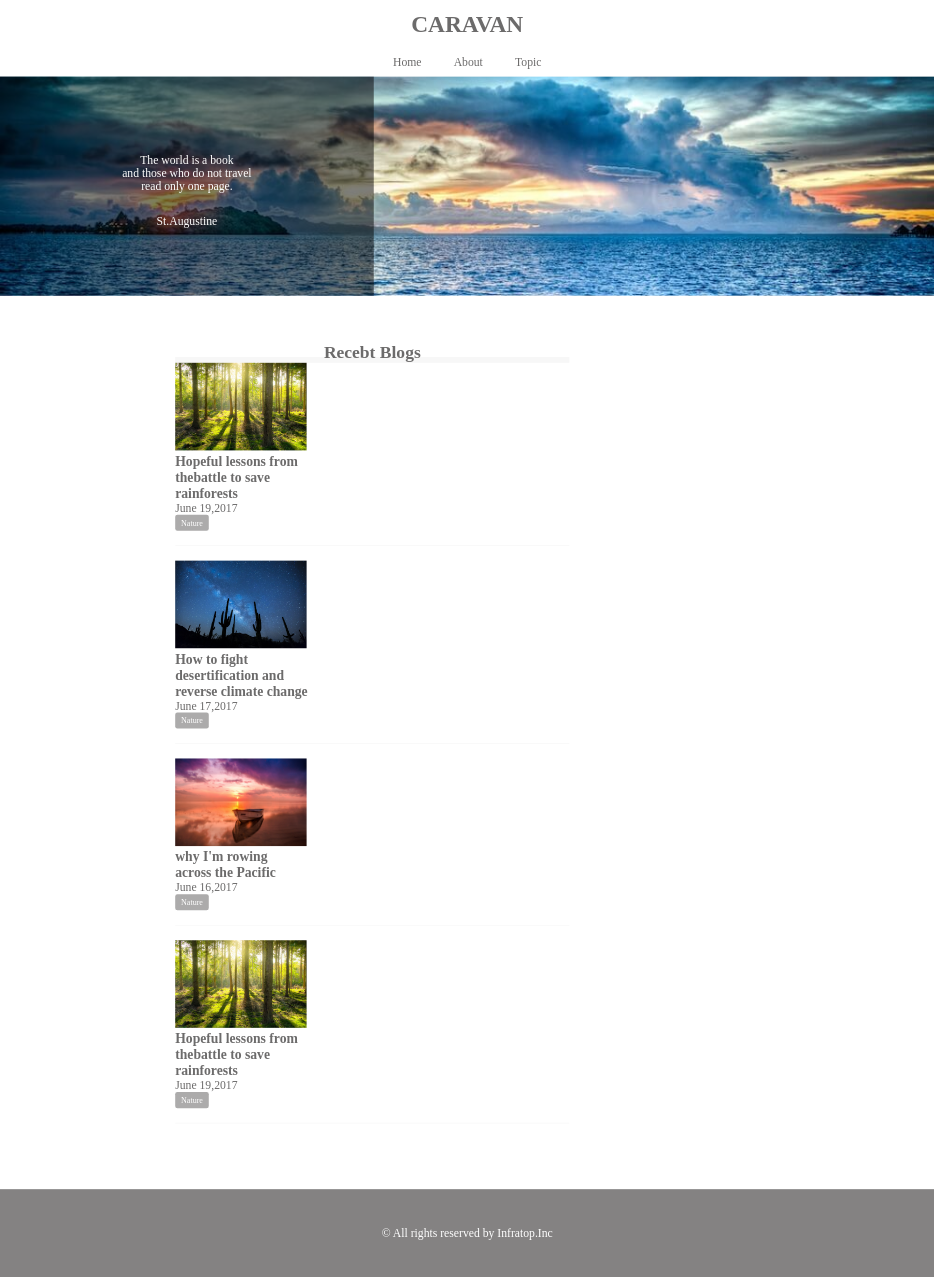
Repository: ego-boosting/html-practice1
Page: caravan/index.html
The author's editor kept a record of every edit. The page is drawn from the files as they stood at one moment, then again after the next edit.
The browser window is 1280 px wide. The pictures show the whole page, at 73% of full size.

Above is the page before.

After the next edit:
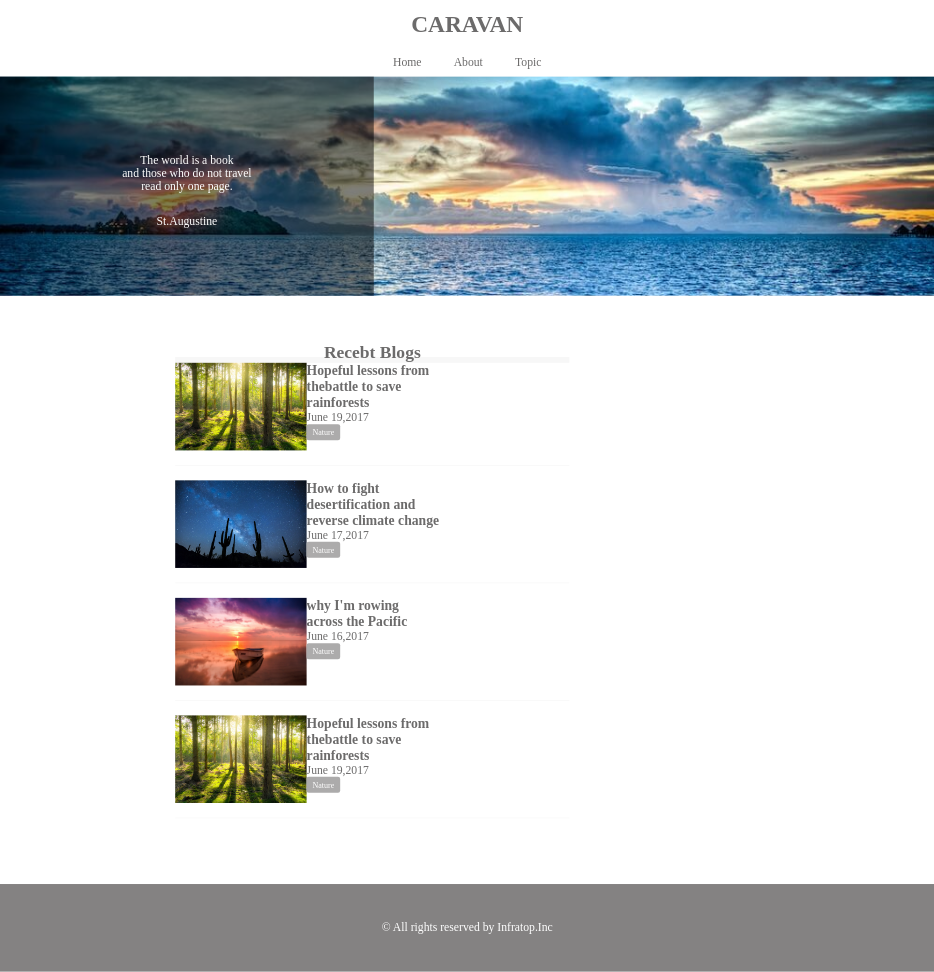
The edit:
--- a/caravan/style.css
+++ b/caravan/style.css
@@ -80,6 +80,8 @@
   padding-bottom:20px;
   margin-bottom:20px;
   border-bottom:1px solid#f7f7f7;
+  display:flex;
+  justify-content:flex-start;
 }
 
 .blog-image{
